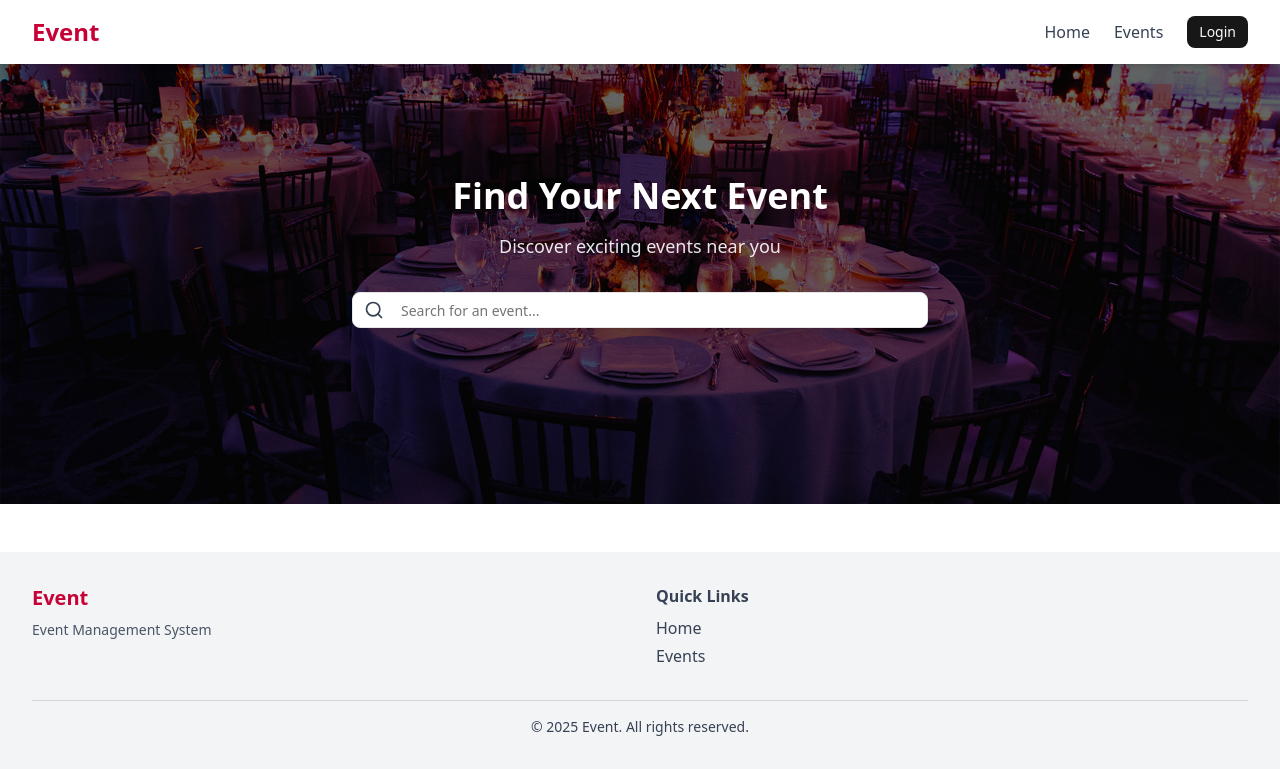
Repository: shshafin/event-client
Page: /
An editor plug-in stored every save of this project. The page is shown before and after the next save, followed by the edit.
The browser window is 1280 px wide. The pictures show the whole page.
The page's requests for data from a server got no answer. The project was rebuilt for these pictures with package versions that can differ from the ones it lists, and the page was loaded fresh each time. The framework's server and built-in components were replaced by stand-ins that run in the browser. No one was signed in, and anything a server would have sent is missing. Also part of the build but not shown: next.config.ts, src/components/ui/dropdown-menu.tsx.

Above is the page before, as saved 2025-10-30 14:45:47.

After the next save:
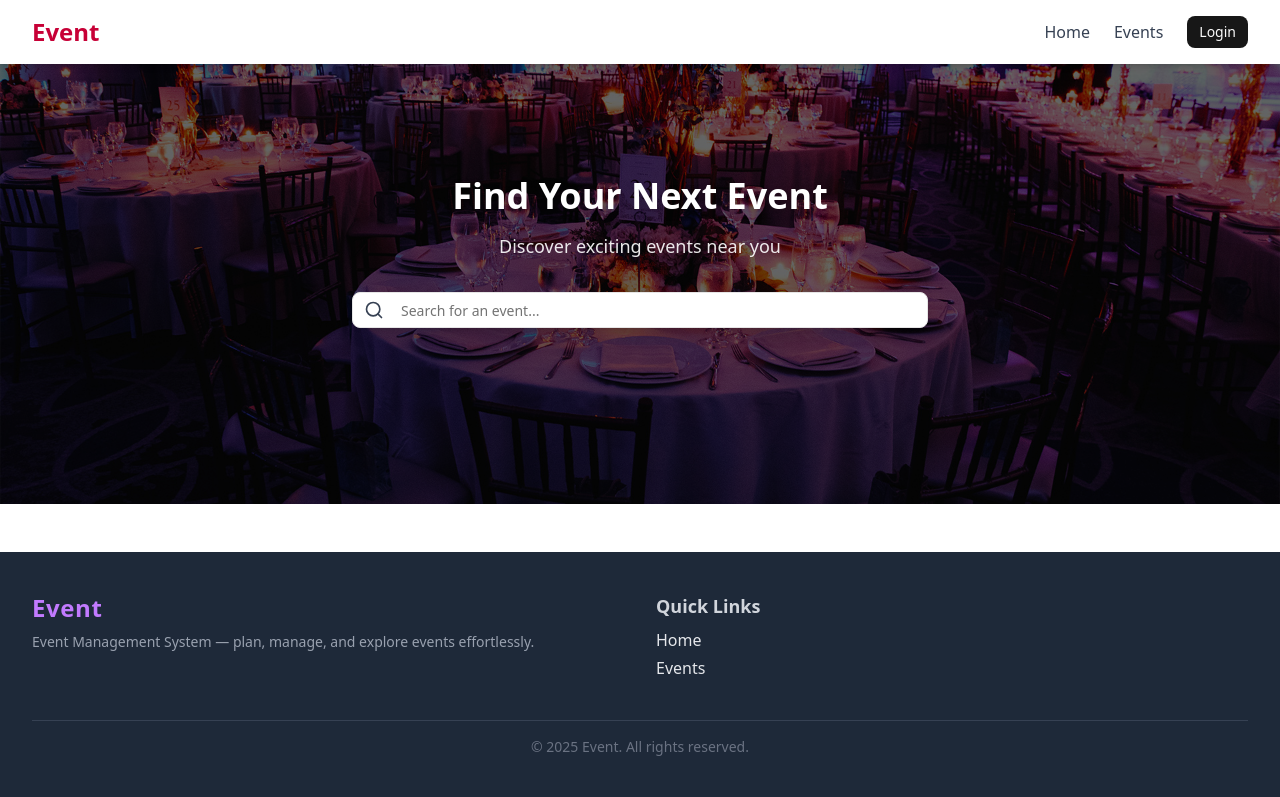
Saved 61 s later.
--- a/src/components/ui/Footer.tsx
+++ b/src/components/ui/Footer.tsx
@@ -4,32 +4,37 @@
 
 export default function Footer() {
   return (
-    <footer className="bg-gray-100 dark:bg-gray-900 text-gray-700 dark:text-gray-300 py-8 mt-12">
+    <footer className="bg-gray-800 text-gray-200 py-10 mt-12">
       <div className="max-w-7xl mx-auto px-4 sm:px-6 lg:px-8">
         <div className="grid grid-cols-1 md:grid-cols-2 gap-8">
           {/* Logo & description */}
-          <div>
-            <span className="font-bold text-xl text-rose-700">Event</span>
-            <p className="mt-2 text-sm text-gray-600 dark:text-gray-400">
-              Event Management System
+          <div className="flex flex-col gap-2">
+            <span className="font-bold text-2xl text-purple-400 tracking-wide">
+              Event
+            </span>
+            <p className="text-sm text-gray-400">
+              Event Management System — plan, manage, and explore events
+              effortlessly.
             </p>
           </div>
 
           {/* Quick Links */}
           <div>
-            <h3 className="font-semibold mb-2">Quick Links</h3>
+            <h3 className="font-semibold text-lg mb-2 text-gray-300">
+              Quick Links
+            </h3>
             <ul className="space-y-1">
               <li>
                 <Link
                   href="/"
-                  className="hover:text-rose-700">
+                  className="hover:text-purple-400 transition-colors">
                   Home
                 </Link>
               </li>
               <li>
                 <Link
                   href="/events"
-                  className="hover:text-rose-700">
+                  className="hover:text-purple-400 transition-colors">
                   Events
                 </Link>
               </li>
@@ -37,7 +42,7 @@
           </div>
         </div>
 
-        <div className="mt-8 border-t border-gray-300 dark:border-gray-700 pt-4 text-center text-sm">
+        <div className="mt-10 border-t border-gray-700 pt-4 text-center text-sm text-gray-500">
           © {new Date().getFullYear()} Event. All rights reserved.
         </div>
       </div>

After the save that followed:
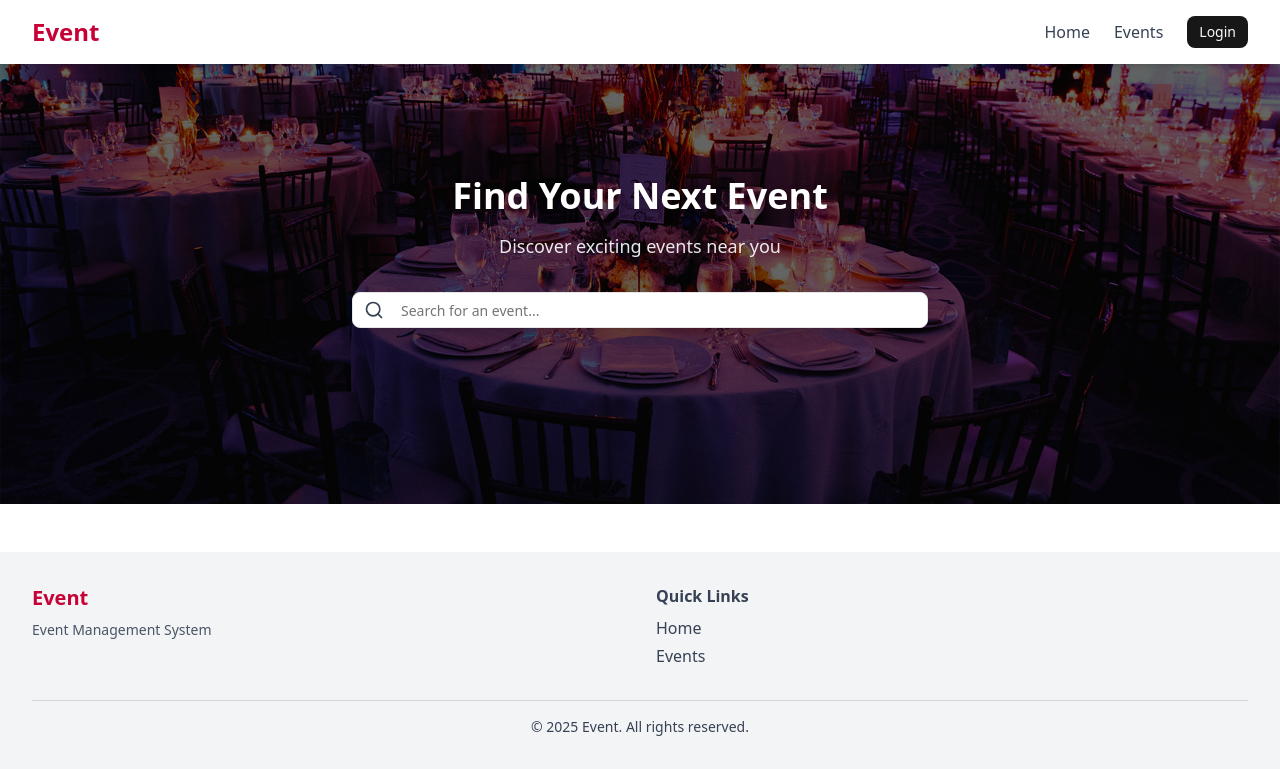
Saved 7 s later.
--- a/src/components/ui/Footer.tsx
+++ b/src/components/ui/Footer.tsx
@@ -4,37 +4,32 @@
 
 export default function Footer() {
   return (
-    <footer className="bg-gray-800 text-gray-200 py-10 mt-12">
+    <footer className="bg-gray-100 dark:bg-gray-900 text-gray-700 dark:text-gray-300 py-8 mt-12">
       <div className="max-w-7xl mx-auto px-4 sm:px-6 lg:px-8">
         <div className="grid grid-cols-1 md:grid-cols-2 gap-8">
           {/* Logo & description */}
-          <div className="flex flex-col gap-2">
-            <span className="font-bold text-2xl text-purple-400 tracking-wide">
-              Event
-            </span>
-            <p className="text-sm text-gray-400">
-              Event Management System — plan, manage, and explore events
-              effortlessly.
+          <div>
+            <span className="font-bold text-xl text-rose-700">Event</span>
+            <p className="mt-2 text-sm text-gray-600 dark:text-gray-400">
+              Event Management System
             </p>
           </div>
 
           {/* Quick Links */}
           <div>
-            <h3 className="font-semibold text-lg mb-2 text-gray-300">
-              Quick Links
-            </h3>
+            <h3 className="font-semibold mb-2">Quick Links</h3>
             <ul className="space-y-1">
               <li>
                 <Link
                   href="/"
-                  className="hover:text-purple-400 transition-colors">
+                  className="hover:text-rose-700">
                   Home
                 </Link>
               </li>
               <li>
                 <Link
                   href="/events"
-                  className="hover:text-purple-400 transition-colors">
+                  className="hover:text-rose-700">
                   Events
                 </Link>
               </li>
@@ -42,7 +37,7 @@
           </div>
         </div>
 
-        <div className="mt-10 border-t border-gray-700 pt-4 text-center text-sm text-gray-500">
+        <div className="mt-8 border-t border-gray-300 dark:border-gray-700 pt-4 text-center text-sm">
           © {new Date().getFullYear()} Event. All rights reserved.
         </div>
       </div>
